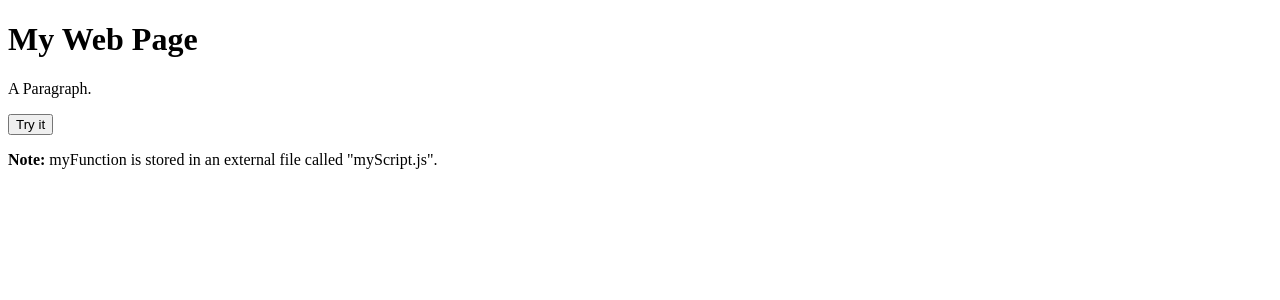
Repository: EnjoyWorkTrue/Spring2014
Page: CMP342/Assignment3/WebContent/learningJavaScript/NewFile.html
An editor plug-in stored every save of this project. The page is shown before and after the next save, followed by the edit.
The browser window is 1280 px wide. The pictures show the whole page.

Above is the page before, as saved 2014-03-09 13:56:40.

After the next save:
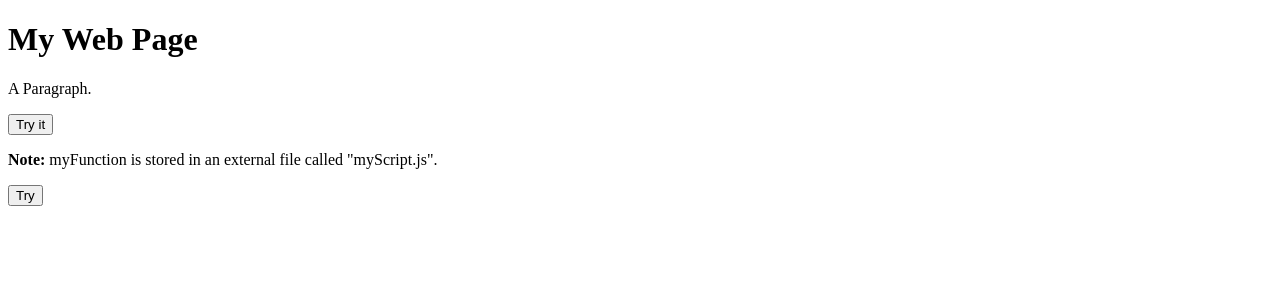
Saved 50 s later.
--- a/CMP342/Assignment3/WebContent/learningJavaScript/NewFile.html
+++ b/CMP342/Assignment3/WebContent/learningJavaScript/NewFile.html
@@ -10,6 +10,7 @@
 
 <p><strong>Note:</strong> myFunction is stored in an external file called "myScript.js".</p>
 
+<button type="button" onclick="myFunction1()">Try</button>
 <script src="myScript.js"></script>
 
 </body>
